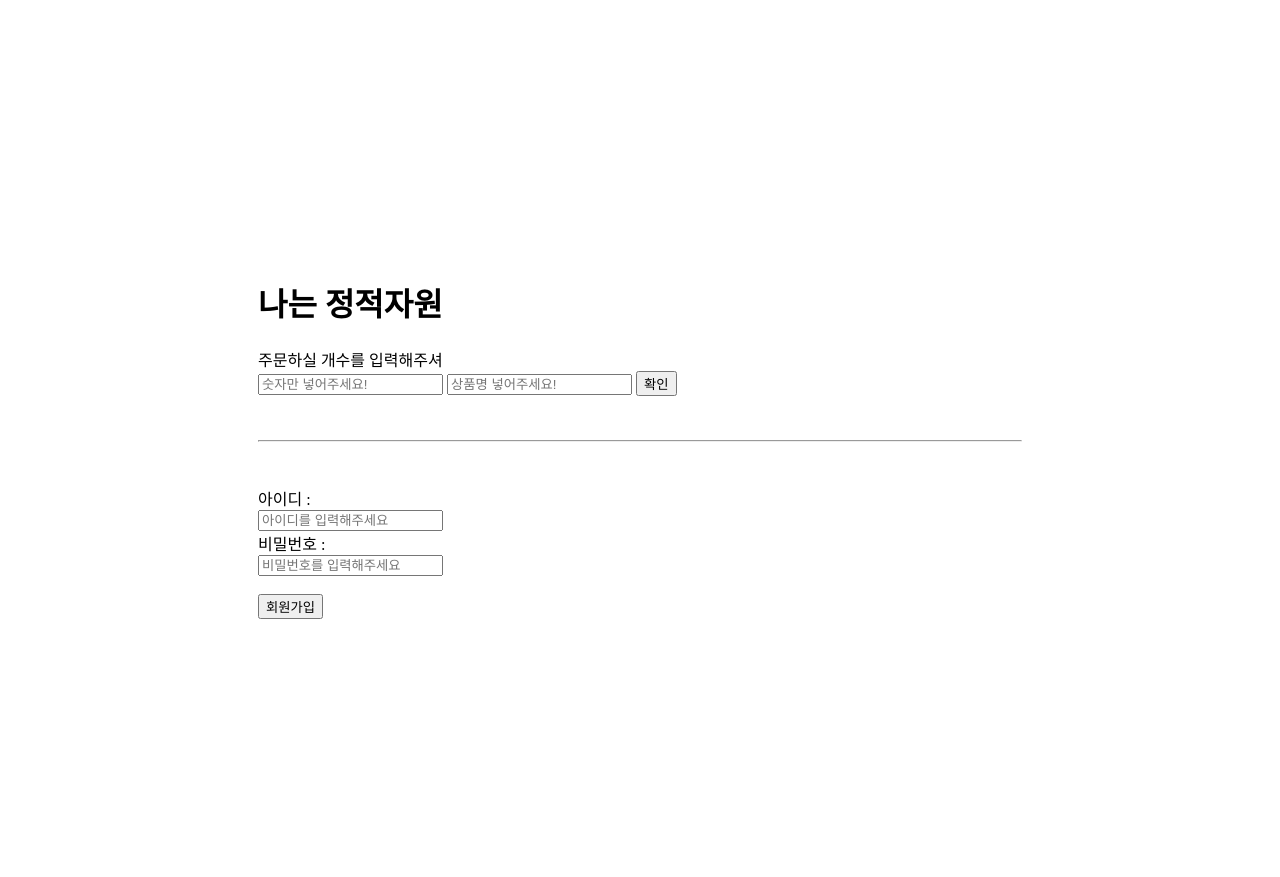
Repository: parkjin-sol/web-workplace
Page: BurgerKingProject/src/main/webapp/static/Requset_Page.html
The author's editor kept a copy of each file at every save. The page is drawn from the files as they stood at one save, then again after the next save.
The browser window is 1280 px wide. The pictures show the whole page.

Above is the page before, as saved 2025-03-10 03:28:02.

After the next save:
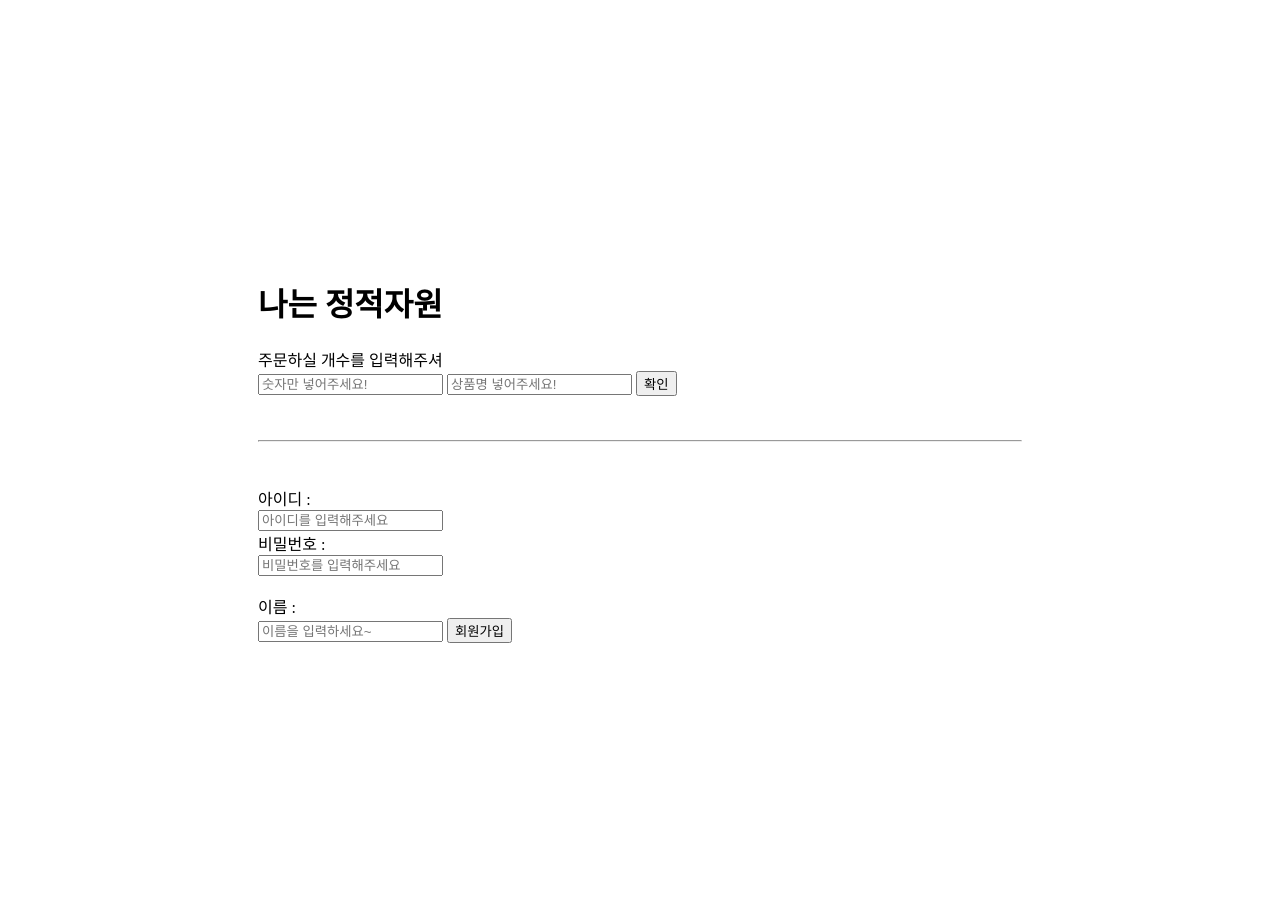
Saved 80 s later.
--- a/BurgerKingProject/src/main/webapp/static/Requset_Page.html
+++ b/BurgerKingProject/src/main/webapp/static/Requset_Page.html
@@ -56,6 +56,8 @@
 		<input type="text" placeholder="아이디를 입력해주세요" name="userId"> <br>
 		비밀번호 : <br>
 		<input type="password" placeholder="비밀번호를 입력해주세요" name="userPw"> <br><br>
+		이름 : <br>
+		<input type="text" placeholder="이름을 입력하세요~" name="userName">
 		<button type="submit">회원가입</button>
 	</form>
 
